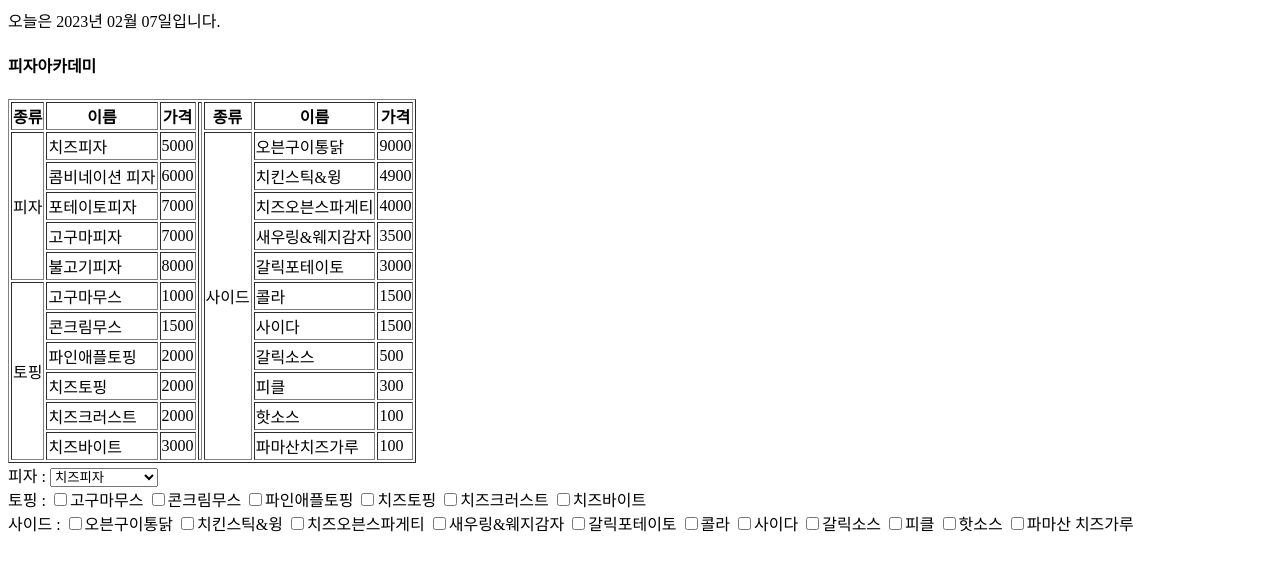
Repository: yejin0220/Web-workspace1
Page: http://localhost/2_JSP/views/04_PizzaOrderForm.jsp
The author's editor kept a copy of each file at every save. The page is drawn from the files as they stood at one save, then again after the next save.
The browser window is 1280 px wide. The pictures show the whole page.
The page is served by Tomcat 9.

Above is the page before, as saved 2023-02-09 01:13:23.

### 2_JSP/WebContent/views/04_PizzaOrderForm.jsp
<%@ page import="java.util.Date, java.text.SimpleDateFormat" %>
<%@ page language="java" contentType="text/html; charset=UTF-8"
    pageEncoding="UTF-8"%>
<!DOCTYPE html>
<html>
<head>
<meta charset="UTF-8">
<title>피자 주문 페이지</title>
<style>
	h3{color:pink;}
</style>
</head>
<body>

	<%

		Date date = new Date();
		SimpleDateFormat sdf = new SimpleDateFormat("yyyy년 MM월 dd일");
		String today = sdf.format(date);

	%>

	오늘은 <span><%= today %></span>입니다.

	<h4>피자아카데미</h4>

	<table border="1">
		<tr>
			<th>종류</th>
			<th>이름</th>
			<th>가격</th>
			<th rowspan="12"></th>
			<th>종류</th>
			<th>이름</th>
			<th>가격</th>
		</tr>
		<tr>
			<td rowspan="5">피자</td>
			<td>치즈피자</td>
			<td>5000</td>
			<td rowspan="11">사이드</td>
			<td>오븐구이통닭</td>
			<td>9000</td>
		</tr>
		<tr>
			<td>콤비네이션 피자</td>
			<td>6000</td>
			<td>치킨스틱&윙</td>
			<td>4900</td>

		</tr>
		<tr>
			<td>포테이토피자</td>
			<td>7000</td>
			<td>치즈오븐스파게티</td>
			<td>4000</td>
		</tr>
		<tr>
			<td>고구마피자</td>
			<td>7000</td>
			<td>새우링&웨지감자</td>
			<td>3500</td>
		</tr>
		<tr>
			<td>불고기피자</td>
			<td>8000</td>
			<td>갈릭포테이토</td>
			<td>3000</td>
		</tr>
		<tr>
			<td rowspan="6">토핑</td>
			<td>고구마무스</td>
			<td>1000</td>
			<td>콜라</td>
			<td>1500</td>
		</tr>
		<tr>
			<td>콘크림무스</td>
			<td>1500</td>
			<td>사이다</td>
			<td>1500</td>
		</tr>
		<tr>
			<td>파인애플토핑</td>
			<td>2000</td>
			<td>갈릭소스</td>
			<td>500</td>
		</tr>
		<tr>
			<td>치즈토핑</td>
			<td>2000</td>
			<td>피클</td>
			<td>300</td>
		</tr>
		<tr>
			<td>치즈크러스트</td>
			<td>2000</td>
			<td>핫소스</td>
			<td>100</td>
		</tr>
		<tr>
			<td>치즈바이트</td>
			<td>3000</td>
			<td>파마산치즈가루</td>
			<td>100</td>
		</tr>

	</table>


	피자 :
	<select name="pizzaname">
		<option>치즈피자</option>
		<option>콤비네이션피자</option>
		<option>포테이토피자</option>
		<option>고구마피자</option>
		<option>불고기피자</option>
	</select>
	<br>

	토핑 :
	<input type="checkbox" name="top" value="고구마무스">고구마무스
	<input type="checkbox" name="top" value="콘크림무스">콘크림무스
	<input type="checkbox" name="top" value="파인애플토핑">파인애플토핑
	<input type="checkbox" name="top" value="치즈토핑">치즈토핑
	<input type="checkbox" name="top" value="치즈크러스트">치즈크러스트
	<input type="checkbox" name="top" value="치즈바이트">치즈바이트
	<br>

	사이드 :
	<input type="checkbox" name="side" value="오븐구이통닭">오븐구이통닭
	<input type="checkbox" name="side" value="치킨스틱&윙">치킨스틱&윙
	<input type="checkbox" name="side" value="치즈오븐스파게티">치즈오븐스파게티
	<input type="checkbox" name="side" value="새우링&웨지감자">새우링&웨지감자
	<input type="checkbox" name="side" value="갈릭포테이토">갈릭포테이토
	<input type="checkbox" name="side" value="콜라">콜라
	<input type="checkbox" name="side" value="사이다">사이다
	<input type="checkbox" name="side" value="갈릭소스">갈릭소스
	<input type="checkbox" name="side" value="피클">피클
	<input type="checkbox" name="side" value="핫소스">핫소스
	<input type="checkbox" name="side" value="파마산 치즈가루">파마산 치즈가루










</body>
</html>

After the next save:
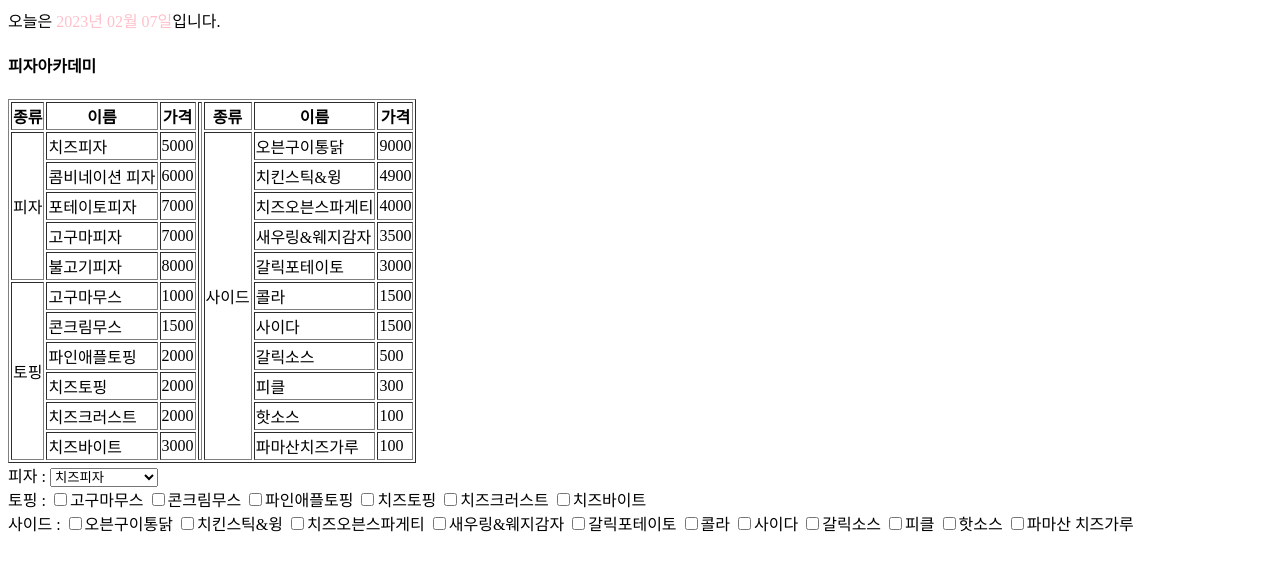
Saved 10 s later.
--- a/2_JSP/WebContent/views/04_PizzaOrderForm.jsp
+++ b/2_JSP/WebContent/views/04_PizzaOrderForm.jsp
@@ -7,7 +7,7 @@
 <meta charset="UTF-8">
 <title>피자 주문 페이지</title>
 <style>
-	h3{color:pink;}
+	span{color:pink;}
 </style>
 </head>
 <body>
